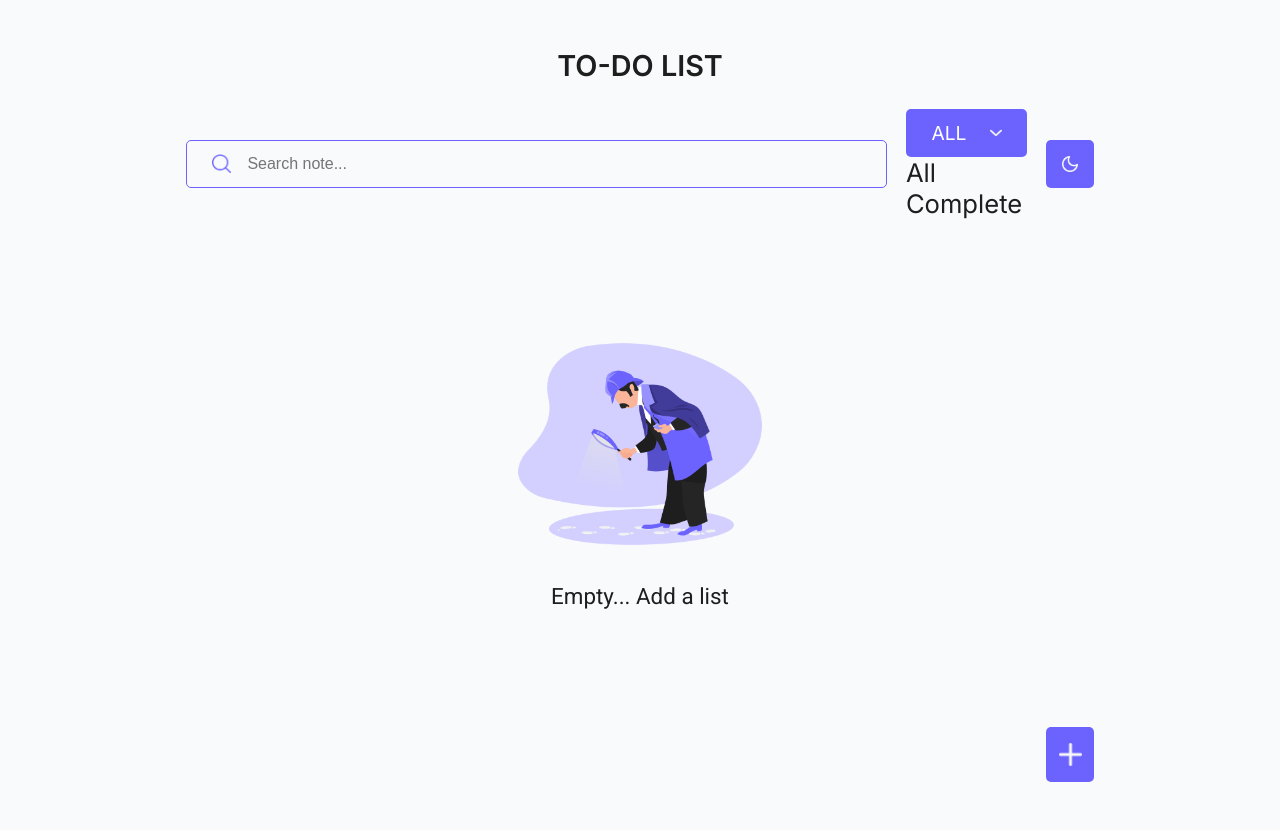
Repository: Marykeje/To-do-list
Page: index.html
These files come from the project's save history. The page is drawn as it stood at one moment and after the next save; the edit follows.
The browser window is 1280 px wide. The pictures show the whole page.
The style sheet was rebuilt from its Sass, Less or Tailwind sources for each picture, by a compiler version that may differ from the author's.

Above is the page before, as saved 2025-12-03 10:08:07.

After the next save:
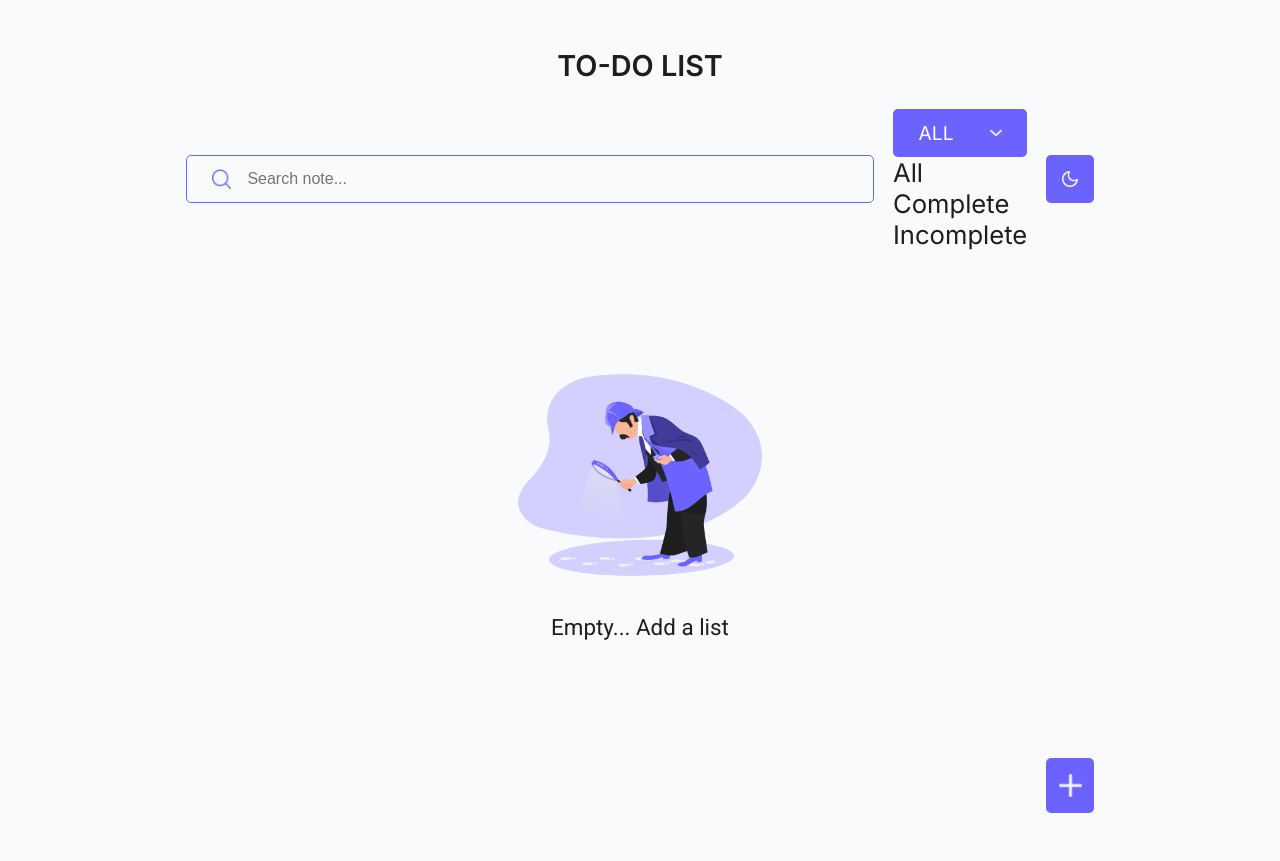
Saved 8 s later.
--- a/index.html
+++ b/index.html
@@ -25,7 +25,7 @@
               <div class="header__all-dropdown">
                 <p>All</p>
                 <p>Complete</p>
-                <pZ</p>
+                <p>Incomplete</p>
               </div>
             </div>
             <div class="header__mode">
